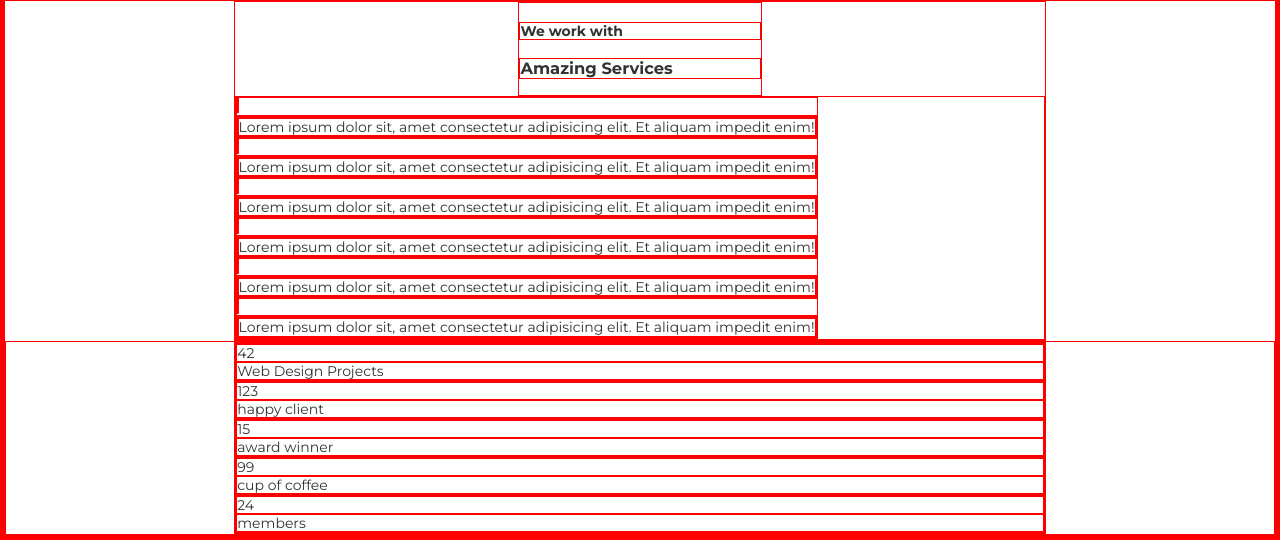
Repository: nataliiasaltan/Homework
Page: index.html
The author's editor kept a copy of each file at every save. The page is drawn from the files as they stood at one save, then again after the next save.
The browser window is 1280 px wide. The pictures show the part of the page from y = 901 to 1441 px (the page is 1441 px tall).

Above is the page before, as saved 2020-02-27 08:20:28.

After the next save:
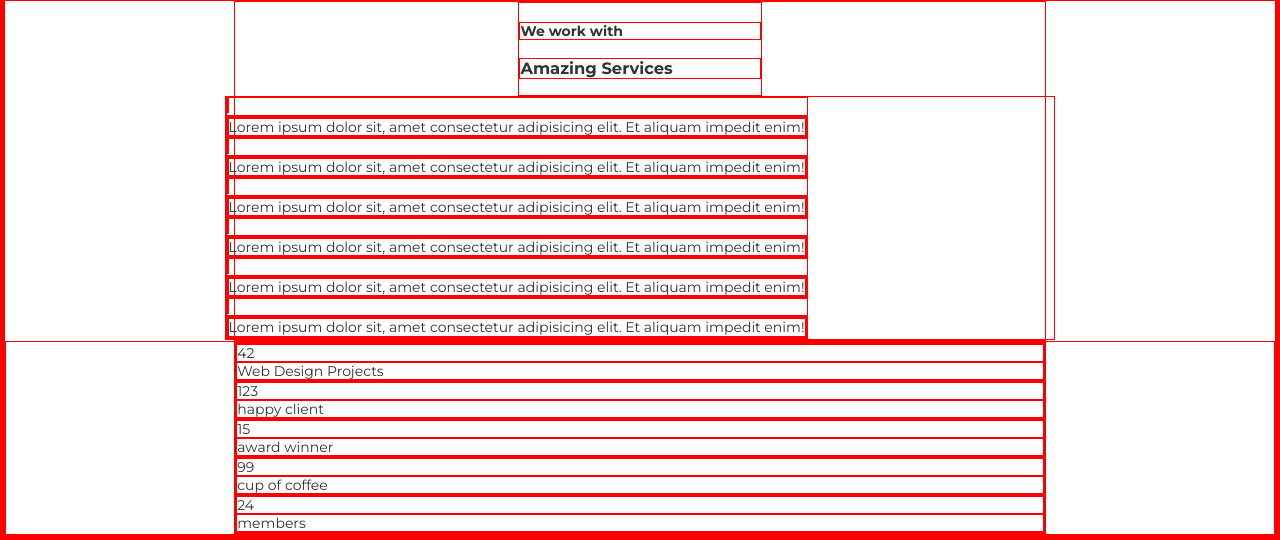
Saved 3 min 17 s later.
--- a/css/style.css
+++ b/css/style.css
@@ -191,6 +191,7 @@ header{
     flex-wrap: wrap;
     justify-content: space-between;
     align-items: center;
+    margin: 0 -10px;
 }
 
 .development{
